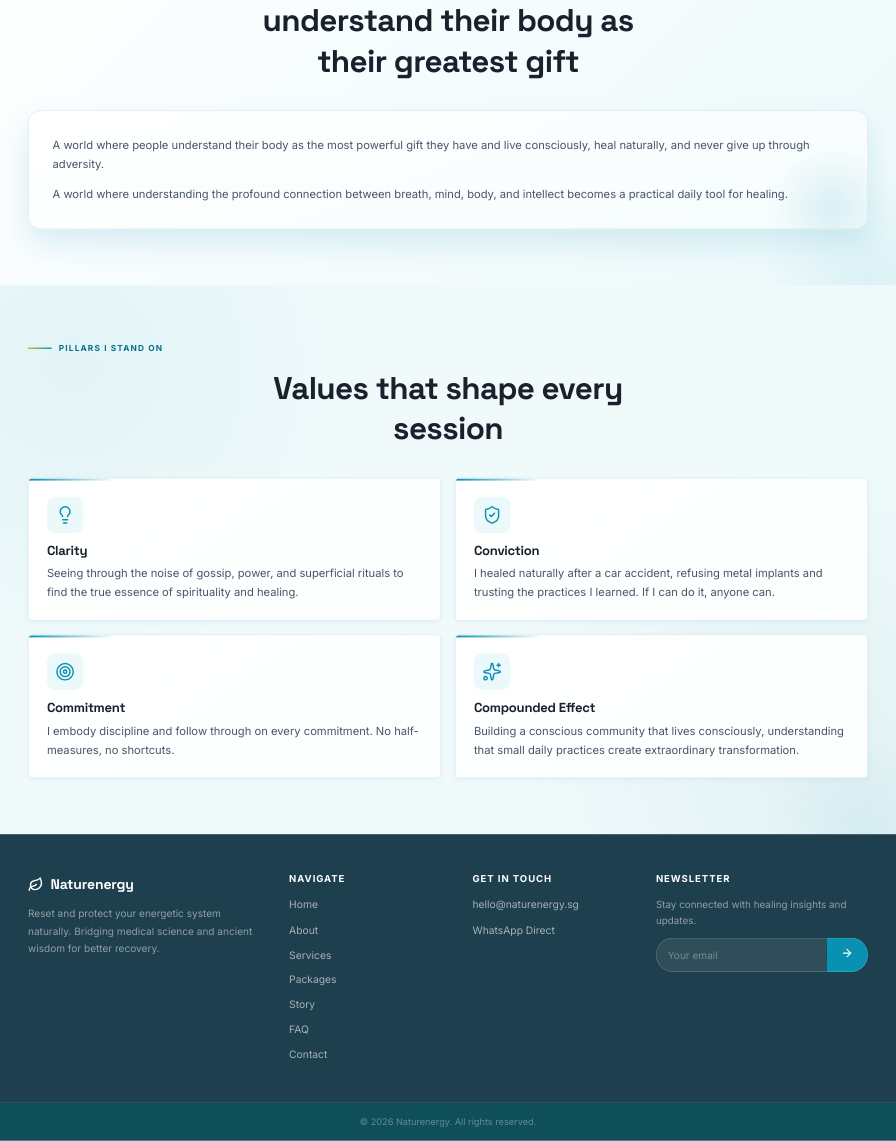
Repository: Ethxmnhz/nt_landing
Page: /about
The author's editor kept a copy of each file at every save. The page is drawn from the files as they stood at one save, then again after the next save.
The browser window is 1280 px wide. The pictures show the part of the page from y = 1621 to 3541 px (the page is 3251 px tall before and 3541 px after), at 70% of full size.
The project was rebuilt for these pictures with package versions that can differ from the ones it lists, and the page was loaded fresh each time. Also part of the build but not shown: vite.config.ts, src/pages/BookPage.tsx, src/pages/ContactPage.tsx, src/components/ui/FaqAccordion.tsx, src/pages/FaqPage.tsx, src/components/Hero/Hero.tsx, src/pages/HomePage.tsx, src/pages/PackagesPage.tsx and 1 more.

Above is the page before, as saved 2026-04-06 22:51:37.

### index.html
<!doctype html>
<html lang="en">
  <head>
    <meta charset="UTF-8" />
    <link rel="icon" type="image/svg+xml" href="/favicon.svg" />
    <meta name="viewport" content="width=device-width, initial-scale=1.0" />
    <meta name="description" content="Naturenergy — Reset and protect your energetic system naturally. Bridging medical science and ancient wisdom for holistic healing across mental, emotional, and physical dimensions." />
    <meta property="og:title" content="Naturenergy | Energy Healing & Recovery Support" />
    <meta property="og:description" content="Holistic healing sessions combining chakra energy healing, physical movement, and emotional support for people navigating recovery and life challenges." />
    <meta property="og:type" content="website" />
    <meta property="og:url" content="https://naturenergy.sg" />
    <link rel="preconnect" href="https://fonts.googleapis.com" />
    <link rel="preconnect" href="https://fonts.gstatic.com" crossorigin />
    <title>Naturenergy | Energy Healing & Recovery Support</title>
  </head>
  <body>
    <div id="app"></div>
    <script type="module" src="/src/main.tsx"></script>
  </body>
</html>

### src/main.tsx
import React from 'react'
import ReactDOM from 'react-dom/client'
import { BrowserRouter } from 'react-router-dom'
import App from './App'
import './style.css'

ReactDOM.createRoot(document.getElementById('app')!).render(
  <React.StrictMode>
    <BrowserRouter>
      <App />
    </BrowserRouter>
  </React.StrictMode>,
)

### src/App.tsx
import { useEffect } from 'react'
import { Navigate, Route, Routes, useLocation } from 'react-router-dom'
import { SiteFooter } from './components/layout/SiteFooter'
import { SiteHeader } from './components/layout/SiteHeader'
import { AboutPage } from './pages/AboutPage'
import { BookPage } from './pages/BookPage'
import { ContactPage } from './pages/ContactPage'
import { FaqPage } from './pages/FaqPage'
import { HomePage } from './pages/HomePage'
import { PackagesPage } from './pages/PackagesPage'
import { ServicesPage } from './pages/ServicesPage'
import { StoryPage } from './pages/StoryPage'

function ScrollToTop() {
  const { pathname } = useLocation()
  useEffect(() => {
    window.scrollTo(0, 0)
  }, [pathname])
  return null
}

function App() {
  return (
    <div className="site-root">
      <ScrollToTop />
      <SiteHeader />
      <main>
        <Routes>
          <Route path="/" element={<Navigate to="/home" replace />} />
          <Route path="/home" element={<HomePage />} />
          <Route path="/about" element={<AboutPage />} />
          <Route path="/services" element={<ServicesPage />} />
          <Route path="/packages" element={<PackagesPage />} />
          <Route path="/programs" element={<Navigate to="/packages" replace />} />
          <Route path="/story" element={<StoryPage />} />
          <Route path="/faq" element={<FaqPage />} />
          <Route path="/contact" element={<ContactPage />} />
          <Route path="/book" element={<BookPage />} />
          <Route path="*" element={<Navigate to="/home" replace />} />
        </Routes>
      </main>
      <SiteFooter />
    </div>
  )
}

export default App

### src/components/layout/SiteFooter.tsx
import { Link } from 'react-router-dom'
import { Leaf, ArrowRight } from 'lucide-react'
import { navItems, site } from '../../data/siteData'

export function SiteFooter() {
  return (
    <footer className="site-footer">
      <div className="footer-main">
        <div className="section-shell">
          <div className="footer-grid">
            <div className="footer-brand">
              <Link to="/home" className="footer-logo">
                <Leaf size={22} strokeWidth={2.2} />
                <span className="brand-name">{site.name}</span>
              </Link>
              <p className="footer-brand-desc">
                Reset and protect your energetic system naturally. Bridging medical science and
                ancient wisdom for better recovery.
              </p>
            </div>

            <div className="footer-links-col">
              <h4>Navigate</h4>
              <ul>
                {navItems
                  .filter((n) => !n.highlight)
                  .map((item) => (
                    <li key={item.to}>
                      <Link to={item.to}>{item.label}</Link>
                    </li>
                  ))}
              </ul>
            </div>

            <div className="footer-links-col">
              <h4>Get In Touch</h4>
              <ul>
                <li>
                  <a href={`mailto:${site.email}`}>{site.email}</a>
                </li>
                <li>
                  <a href={site.whatsappUrl}>WhatsApp Direct</a>
                </li>
              </ul>
            </div>

            <div className="footer-links-col">
              <h4>Newsletter</h4>
              <p className="footer-newsletter-text">
                Stay connected with healing insights and updates.
              </p>
              <form className="footer-newsletter" onSubmit={(e) => e.preventDefault()}>
                <input type="email" placeholder="Your email" aria-label="Email for newsletter" />
                <button type="submit" aria-label="Subscribe">
                  <ArrowRight size={18} />
                </button>
              </form>
            </div>
          </div>
        </div>
      </div>

      <div className="footer-bottom">
        <div className="section-shell">
          <p>© {new Date().getFullYear()} {site.name}. All rights reserved.</p>
        </div>
      </div>
    </footer>
  )
}

### src/components/layout/SiteHeader.tsx
import { useState } from 'react'
import { NavLink } from 'react-router-dom'
import { Leaf, Menu } from 'lucide-react'
import { navItems, site } from '../../data/siteData'
import { MobileNav } from './MobileNav'

export function SiteHeader() {
  const [mobileOpen, setMobileOpen] = useState(false)

  return (
    <header className="site-header">
      <div className="announcement-bar">
        <Sparkle /> Begin your healing journey — Book a free consultation today
      </div>
      <div className="header-main">
        <NavLink className="brand" to="/home" aria-label="Naturenergy Home">
          <Leaf className="brand-icon-svg" size={26} strokeWidth={2.2} />
          <span className="brand-text">
            <span className="brand-name">{site.name}</span>
            <span className="brand-sub">Energy Healing Practice</span>
          </span>
        </NavLink>

        <nav className="site-nav">
          {navItems.map((item) =>
            item.highlight ? (
              <NavLink
                key={item.to}
                to={item.to}
                className="nav-cta-btn"
              >
                {item.label}
              </NavLink>
            ) : (
              <NavLink
                key={item.to}
                to={item.to}
                className={({ isActive }) =>
                  isActive ? 'site-nav-link active' : 'site-nav-link'
                }
              >
                {item.label}
              </NavLink>
            )
          )}
        </nav>

        <button
          className="hamburger"
          onClick={() => setMobileOpen(true)}
          aria-label="Open menu"
          type="button"
        >
          <Menu size={26} />
        </button>
      </div>

      <MobileNav open={mobileOpen} onClose={() => setMobileOpen(false)} />
    </header>
  )
}

function Sparkle() {
  return (
    <svg width="16" height="16" viewBox="0 0 24 24" fill="none" stroke="currentColor" strokeWidth="2" strokeLinecap="round" strokeLinejoin="round" style={{ display: 'inline', verticalAlign: 'middle', marginRight: 6 }}>
      <path d="M12 3l1.912 5.813a2 2 0 001.275 1.275L21 12l-5.813 1.912a2 2 0 00-1.275 1.275L12 21l-1.912-5.813a2 2 0 00-1.275-1.275L3 12l5.813-1.912a2 2 0 001.275-1.275L12 3z" />
    </svg>
  )
}

### src/pages/AboutPage.tsx
import {
  ArrowRight,
  Image,
  Lightbulb,
  ShieldCheck,
  Sparkles,
  Target,
} from 'lucide-react'
import { AnimatedSection } from '../components/ui/AnimatedSection'
import { ButtonLink } from '../components/ui/ButtonLink'

export function AboutPage() {
  return (
    <>
      <section className="section-light">
        <div className="section-shell">
          <div className="doc-about-intro">
            <AnimatedSection delay={0}>
              <article className="doc-about-card">
                <p className="section-tag">About Ishita</p>
                <h1>Energy Healer &amp; Natural Wellness Guide</h1>
                <p className="section-copy">
                  Bridging ancient wisdom and modern science for those ready to heal from within.
                </p>
                <p className="doc-story-quote">
                  If your body has been trying to tell you something, I will help you finally
                  listen to it.
                </p>
                <ButtonLink to="/book" variant="dark">
                  Book a Consultation <ArrowRight size={16} style={{ marginLeft: 6 }} />
                </ButtonLink>
                <div className="doc-about-highlights">
                  <span>Ancient Wisdom</span>
                  <span>Modern Science</span>
                  <span>Lived Experience</span>
                </div>
              </article>
            </AnimatedSection>
            <AnimatedSection delay={100}>
              <article className="doc-photo-frame">
                <div className="about-visual-placeholder">
                  <Image size={44} strokeWidth={1.5} />
                  <p>Ishita Photo</p>
                </div>
              </article>
            </AnimatedSection>
          </div>
        </div>
      </section>

      <section className="section-warm">
        <div className="section-shell">
          <AnimatedSection>
            <div className="doc-purpose-head">
              <p className="section-tag">My Purpose</p>
              <h2>Your body is the most powerful healer you will ever meet.</h2>
            </div>
          </AnimatedSection>
          <AnimatedSection delay={100}>
            <div className="doc-story-card">
              <p>
                I work on the overall aspect of the individual: mental, emotional, and physical.
                Through energy healing via chakras, physical movements to strengthen the body, and
                practical wisdom gained through lived experience.
              </p>
              <div className="doc-purpose-pillars">
                <span>Mind</span>
                <span>Body</span>
                <span>Energy</span>
                <span>Integration</span>
              </div>
            </div>
          </AnimatedSection>
        </div>
      </section>

      <section className="section-light">
        <div className="section-shell">
          <div className="doc-mission-grid">
            <AnimatedSection delay={0}>
              <article className="doc-mission-card">
                <h3>Mission Statement</h3>
                <p>
                  To empower individuals to rediscover their body's innate healing capabilities by
                  bridging the gap between medical science and ancient wisdom.
                </p>
              </article>
            </AnimatedSection>
            <AnimatedSection delay={100}>
              <article className="doc-mission-card doc-mission-card-alt">
                <p>
                  Raising one's vibrational frequency is crucial. I bridge the gap between medical
                  science and ancient wisdom, connecting the physical body to breath, mind, and
                  intellect, and revealing how it impacts your nervous system, sleep quality, and
                  thinking ability.
                </p>
              </article>
            </AnimatedSection>
          </div>
        </div>
      </section>

      <section className="section-warm">
        <div className="section-shell">
          <AnimatedSection>
            <div className="section-intro centered">
              <p className="section-tag">Vision</p>
              <h2>A world where people understand their body as their greatest gift</h2>
            </div>
          </AnimatedSection>
          <AnimatedSection delay={100}>
            <div className="doc-story-card">
              <p>
                A world where people understand their body as the most powerful gift they have and
                live consciously, heal naturally, and never give up through adversity.
              </p>
              <p>
                A world where understanding the profound connection between breath, mind, body, and
                intellect becomes a practical daily tool for healing.
              </p>
            </div>
          </AnimatedSection>
        </div>
      </section>

      <section className="section-light">
        <div className="section-shell">
          <AnimatedSection>
            <div className="section-intro centered">
              <p className="section-tag">Pillars I Stand On</p>
              <h2>Values that shape every session</h2>
            </div>
          </AnimatedSection>
          <div className="doc-pillars-grid">
            <AnimatedSection delay={0}>
              <article className="doc-pillar-card">
                <span className="service-icon">
                  <Lightbulb size={28} strokeWidth={1.8} />
                </span>
                <h3>Clarity</h3>
                <p>
                  Seeing through the noise of gossip, power, and superficial rituals to find the
                  true essence of spirituality and healing.
                </p>
              </article>
            </AnimatedSection>
            <AnimatedSection delay={90}>
              <article className="doc-pillar-card">
                <span className="service-icon">
                  <ShieldCheck size={28} strokeWidth={1.8} />
                </span>
                <h3>Conviction</h3>
                <p>
                  I healed naturally after a car accident, refusing metal implants and trusting the
                  practices I learned. If I can do it, anyone can.
                </p>
              </article>
            </AnimatedSection>
            <AnimatedSection delay={180}>
              <article className="doc-pillar-card">
                <span className="service-icon">
                  <Target size={28} strokeWidth={1.8} />
                </span>
                <h3>Commitment</h3>
                <p>
                  I embody discipline and follow through on every commitment. No half-measures, no
                  shortcuts.
                </p>
              </article>
            </AnimatedSection>
            <AnimatedSection delay={270}>
              <article className="doc-pillar-card">
                <span className="service-icon">
                  <Sparkles size={28} strokeWidth={1.8} />
                </span>
                <h3>Compounded Effect</h3>
                <p>
                  Building a conscious community that lives consciously, understanding that small
                  daily practices create extraordinary transformation.
                </p>
              </article>
            </AnimatedSection>
          </div>
        </div>
      </section>
    </>
  )
}

### src/components/layout/MobileNav.tsx
import { NavLink } from 'react-router-dom'
import { X } from 'lucide-react'
import { navItems, site } from '../../data/siteData'

type MobileNavProps = {
  open: boolean
  onClose: () => void
}

export function MobileNav({ open, onClose }: MobileNavProps) {
  return (
    <>
      <div className={`mobile-overlay ${open ? 'mobile-overlay-active' : ''}`} onClick={onClose} />
      <nav className={`mobile-drawer ${open ? 'mobile-drawer-open' : ''}`}>
        <div className="mobile-drawer-header">
          <span className="brand-name">{site.name}</span>
          <button className="mobile-close" onClick={onClose} aria-label="Close menu" type="button">
            <X size={22} />
          </button>
        </div>
        <div className="mobile-links">
          {navItems.map((item) => (
            <NavLink
              key={item.to}
              to={item.to}
              className={({ isActive }) =>
                `mobile-link ${isActive ? 'mobile-link-active' : ''} ${item.highlight ? 'mobile-link-cta' : ''}`
              }
              onClick={onClose}
            >
              {item.label}
            </NavLink>
          ))}
        </div>
        <div className="mobile-drawer-footer">
          <p>{site.email}</p>
        </div>
      </nav>
    </>
  )
}

### src/components/ui/AnimatedSection.tsx
import { useEffect, useRef, useState, type ReactNode } from 'react'

type AnimatedSectionProps = {
  children: ReactNode
  className?: string
  delay?: number
}

export function AnimatedSection({ children, className = '', delay = 0 }: AnimatedSectionProps) {
  const ref = useRef<HTMLDivElement>(null)
  const [visible, setVisible] = useState(false)

  useEffect(() => {
    const el = ref.current
    if (!el) return

    const observer = new IntersectionObserver(
      ([entry]) => {
        if (entry.isIntersecting) {
          setTimeout(() => setVisible(true), delay)
          observer.unobserve(el)
        }
      },
      { threshold: 0.15 }
    )

    observer.observe(el)
    return () => observer.disconnect()
  }, [delay])

  return (
    <div
      ref={ref}
      className={`anim-section ${visible ? 'anim-visible' : ''} ${className}`}
      style={{ transitionDelay: `${delay}ms` }}
    >
      {children}
    </div>
  )
}

### src/components/ui/ButtonLink.tsx
import type { ReactNode } from 'react'
import { Link } from 'react-router-dom'

type ButtonLinkProps = {
  to?: string
  href?: string
  children: ReactNode
  variant?: 'primary' | 'outline' | 'dark' | 'secondary'
  className?: string
}

export function ButtonLink({ to, href, children, variant = 'primary', className = '' }: ButtonLinkProps) {
  const btnClass = `btn btn-${variant} ${className}`.trim()

  if (to) {
    return (
      <Link className={btnClass} to={to}>
        {children}
      </Link>
    )
  }

  return (
    <a className={btnClass} href={href}>
      {children}
    </a>
  )
}

Loaded but not shown: src/style.css (4018 lines, source omitted); src/data/siteData.ts (188 lines, source omitted); src/pages/ServicesPage.tsx (116 lines, source omitted)

After the next save:
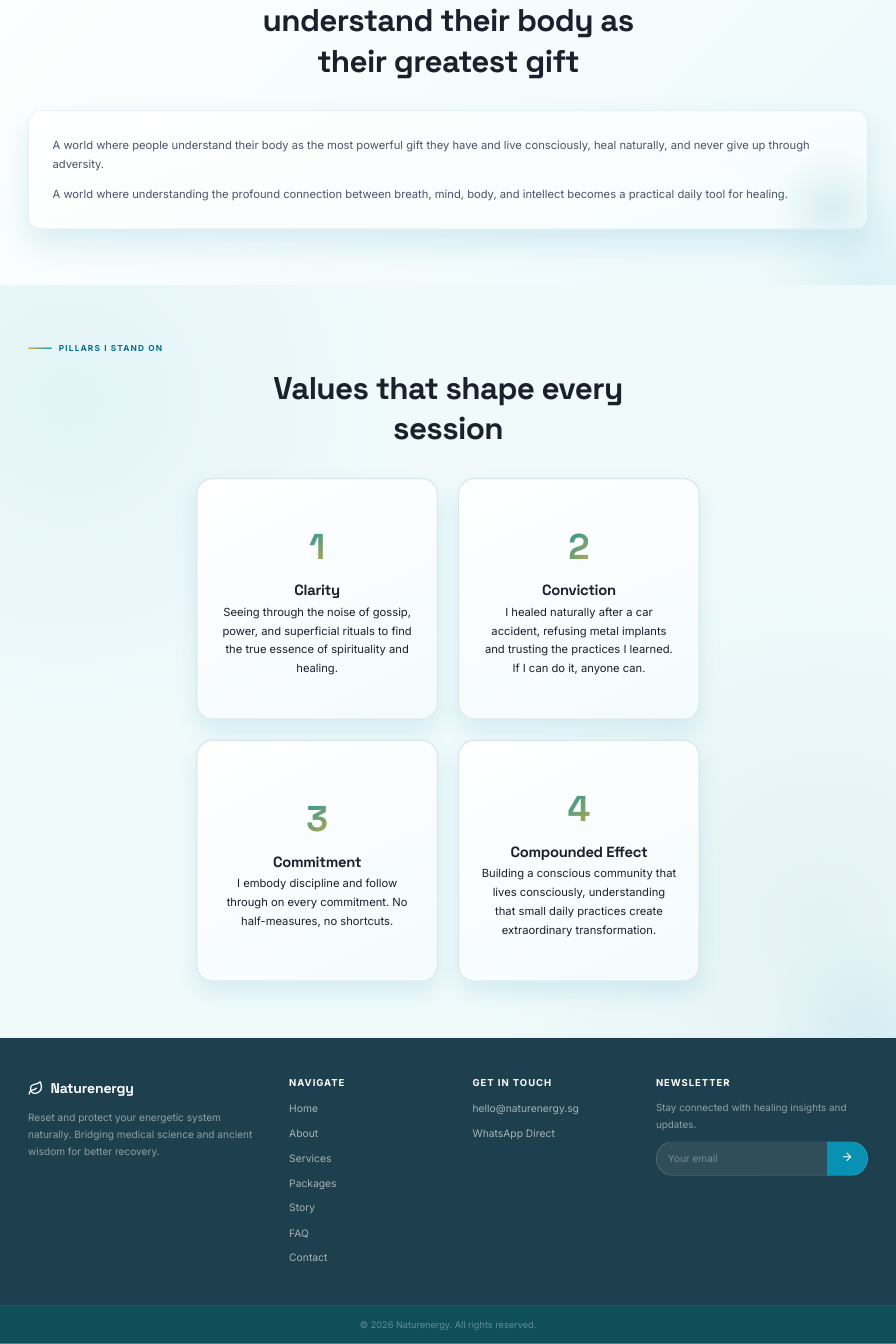
Saved 15 s later.
--- a/src/pages/AboutPage.tsx
+++ b/src/pages/AboutPage.tsx
@@ -131,13 +131,11 @@ export function AboutPage() {
               <h2>Values that shape every session</h2>
             </div>
           </AnimatedSection>
-          <div className="doc-pillars-grid">
+          <div className="pillars-circular">
             <AnimatedSection delay={0}>
-              <article className="doc-pillar-card">
-                <span className="service-icon">
-                  <Lightbulb size={28} strokeWidth={1.8} />
-                </span>
-                <h3>Clarity</h3>
+              <article className="pillar-circle">
+                <div className="pillar-circle-number">1</div>
+                <h3 className="pillar-circle-label">Clarity</h3>
                 <p>
                   Seeing through the noise of gossip, power, and superficial rituals to find the
                   true essence of spirituality and healing.
@@ -145,11 +143,9 @@ export function AboutPage() {
               </article>
             </AnimatedSection>
             <AnimatedSection delay={90}>
-              <article className="doc-pillar-card">
-                <span className="service-icon">
-                  <ShieldCheck size={28} strokeWidth={1.8} />
-                </span>
-                <h3>Conviction</h3>
+              <article className="pillar-circle">
+                <div className="pillar-circle-number">2</div>
+                <h3 className="pillar-circle-label">Conviction</h3>
                 <p>
                   I healed naturally after a car accident, refusing metal implants and trusting the
                   practices I learned. If I can do it, anyone can.
@@ -157,11 +153,9 @@ export function AboutPage() {
               </article>
             </AnimatedSection>
             <AnimatedSection delay={180}>
-              <article className="doc-pillar-card">
-                <span className="service-icon">
-                  <Target size={28} strokeWidth={1.8} />
-                </span>
-                <h3>Commitment</h3>
+              <article className="pillar-circle">
+                <div className="pillar-circle-number">3</div>
+                <h3 className="pillar-circle-label">Commitment</h3>
                 <p>
                   I embody discipline and follow through on every commitment. No half-measures, no
                   shortcuts.
@@ -169,11 +163,9 @@ export function AboutPage() {
               </article>
             </AnimatedSection>
             <AnimatedSection delay={270}>
-              <article className="doc-pillar-card">
-                <span className="service-icon">
-                  <Sparkles size={28} strokeWidth={1.8} />
-                </span>
-                <h3>Compounded Effect</h3>
+              <article className="pillar-circle">
+                <div className="pillar-circle-number">4</div>
+                <h3 className="pillar-circle-label">Compounded Effect</h3>
                 <p>
                   Building a conscious community that lives consciously, understanding that small
                   daily practices create extraordinary transformation.
